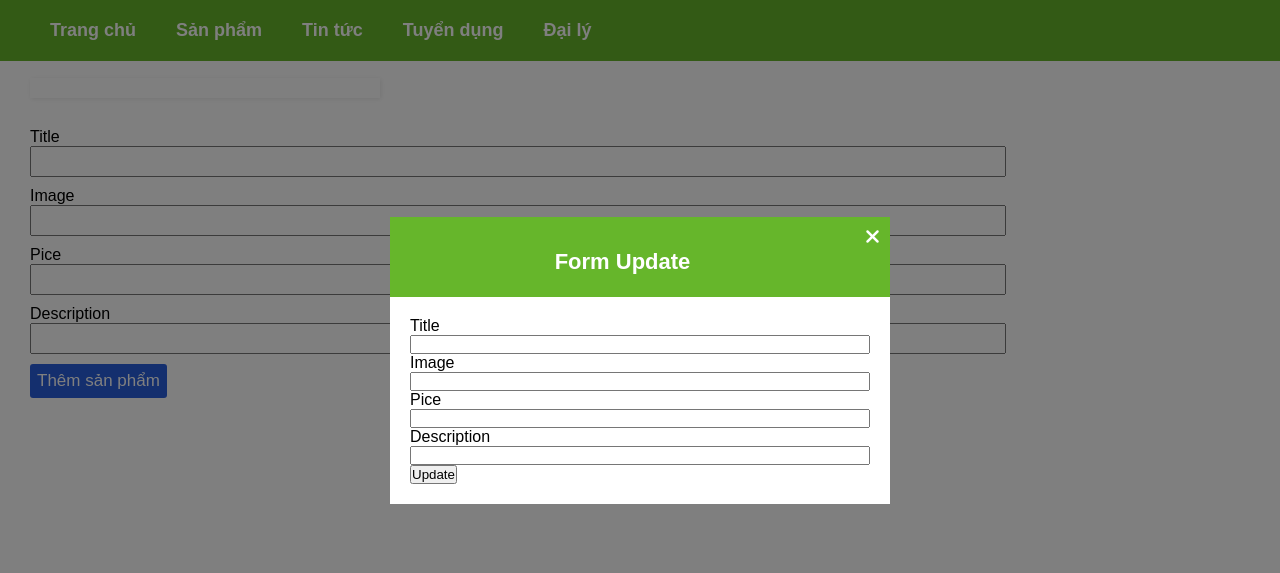
Repository: Ngoc28/CURD_HTML-CSS_JS_JSON
Page: index.html
An editor plug-in stored every save of this project. The page is shown before and after the next save, followed by the edit.
The browser window is 1280 px wide. The pictures show the whole page.
The page's requests for data from a server got no answer.

Above is the page before, as saved 2023-04-11 09:51:49.

### index.html
<!DOCTYPE html>
<html lang="en">
<head>
    <meta charset="UTF-8">
    <meta http-equiv="X-UA-Compatible" content="IE=edge">
    <meta name="viewport" content="width=device-width, initial-scale=1.0">
    <title>CURD Cơ bản</title>
    <link rel="stylesheet" href="https://cdnjs.cloudflare.com/ajax/libs/font-awesome/6.4.0/css/all.min.css" integrity="sha512-iecdLmaskl7CVkqkXNQ/ZH/XLlvWZOJyj7Yy7tcenmpD1ypASozpmT/E0iPtmFIB46ZmdtAc9eNBvH0H/ZpiBw==" crossorigin="anonymous" referrerpolicy="no-referrer" />
    <link rel="stylesheet" href="./asset/css/style.css">
</head>
<body>
    <header class="header-menu">
        <ul class="list-menu">
            <li class="item-menu"><a href="">Trang chủ</a></li>
            <li class="item-menu"><a href="">Sản phẩm</a></li>
            <li class="item-menu"><a href="">Tin tức</a></li>
            <li class="item-menu"><a href="">Tuyển dụng</a></li>
            <li class="item-menu"><a href="">Đại lý</a></li>
        </ul>
    </header>
    <div class="main">
        <div class="title-product">
            <h2 class="title">Sản phẩm của chúng tôi</h2>
        </div>
        <div class="products">
            <div class="product">
                <!-- <h3 class="product-name">Coca-Cola</h3>
                <img src="https://cdn.tgdd.vn/Products/Images/2947/190310/bhx/sua-trai-cay-nutriboost-huong-cam-297ml-202202122134380628.jpg" alt="" class="product-img">
                <spam class="product-price">18.000</spam>
                <span class="product-description">Nutriboost là thức uống dinh dưỡng kết hợp sữa và nước trái cây thơm ngon, giúp bạn luôn tràn năng lượng cho một ngày làm việc hiệu quả.</span> -->
            </div>
        </div>
    </div>
    <div class="form">
        <div class="form-1">
            <label for="">Title</label>
            <input type="text" name="title">
        </div>
        <div class="form-1">
            <label for="">Image</label>
            <input type="text" name="image">
        </div>
        <div class="form-1">
            <label for="">Pice</label>
            <input type="text" name="price">
        </div>
        <div class="form-1">
            <label for="">Description</label>
            <input type="text" name="description">
        </div>
        <button type="submit" id="create">Thêm sản phẩm</button>
    </div>

    <!-- formUpdate -->
    <div class="formUpdate">
        <div class="modal">
            <header>
                <i class="update-icon fa-solid fa-xmark"></i>
                <h1>
                    Form Update
                </h1>
            </header>
            <div class="modal-body">
                <div class="form-2">
                    <label for="">Title</label>
                    <input type="text" name="title">
                </div>
                <div class="form-2">
                    <label for="">Image</label>
                    <input type="text" name="image">
                </div>
                <div class="form-2">
                    <label for="">Pice</label>
                    <input type="text" name="price">
                </div>
                <div class="form-2">
                    <label for="">Description</label>
                    <input type="text" name="description">
                </div>
                <button type="submit" id="update">Update</button>
            </div>
        </div>
    </div>
    <script src="/script.js"></script>
</body>
</html>

### asset/css/style.css
*{
    padding: 0;
    margin: 0;
    box-sizing: border-box;
}

body {
    font-family: Arial, Helvetica, sans-serif;
}

.header-menu {
    position: fixed;
    top: 0;
    left: 0;
    right: 0;
    background-color: #66b62b;
    font-size: 18px;
    font-weight: 600;
}

.list-menu {
    display: flex;
    margin: 0 30px;
}

.item-menu {
    list-style: none;
}

.item-menu a {
    padding: 20px;
    display: block;
    text-decoration: none;
    color: #fff;
}

.item-menu a:hover {
    background-color: #ffd400;
    display: block;
}

/* Product */
.main {
    margin: 30px 30px 10px 30px;
}

.title-product {
    margin-bottom: 20px;
}


.title-product .title {
    text-align: center;
    color: #d72b27;
}

.products {
    display: flex;
    justify-content: space-between;
    flex-wrap: wrap;
}

.product {
    width: 350px;
    cursor: pointer;
    box-shadow: 1px 1px 5px   rgba(0, 0, 0, 0.09);
    margin-bottom: 20px;
    padding: 10px;
}


.product h3:hover {
    color: #d72b27;
}


.product-name {
    text-align: center;
}

.product-img {
    width: 100%;
    object-fit: cover;
}


.product .product-price:hover {
    color: #66b62b;
}

.product-price {
    color: #d72b27;
    margin: 10px 10px 6px;
    display: flex;
    justify-content: center;
    font-weight: 600;
}

.product-description {
    font-size: 15px;
    font-weight: 400;
    line-height: 20px;
    height: 40px;
    margin: 10px 10px 6px;
    overflow: hidden;
    display: block;
    display: -webkit-box;
    -webkit-box-orient: vertical;
    -webkit-line-clamp: 2;
}


.btn {
    display: flex;
    justify-content: center;
}


.delete-btn{
    margin-right: 10px;
}

.update-btn,
.delete-btn {
    padding: 8px;
    background-color: #66b62b;
    color: #fff;
    font-size: 15px;
    border: none;
    border-radius: 3px;
}

.update-btn:hover,
.delete-btn:hover {
    background-color: #336013;
}

/* Form */
.form {
    margin: 0 30px;

}

.form-1{
    margin-bottom: 10px;
}

.form-1 label {
    display: block;
    font-size: 16px;
    width: 90px;
}

.form-1 input {
    padding: 5px;
    font-size: 15px;
    width: 80%;
}

.form button {
    padding: 7px;
    background-color: #295fdd;
    color: #fff;
    font-size: 17px;
    border: none;
    border-radius: 3px;
}

.form button:hover {
    background-color: #172e62;
}

/* FormUpdate */

.formUpdate {
    position:fixed;
    top: 0;
    right: 0;
    bottom: 0;
    left: 0;
    background-color: rgba(0, 0, 0, 0.5);
    display: flex;
    align-items: center;
    justify-content: center;
}

.modal {
    background-color: #fff;
}

.modal header {
    background-color: #66b62b;
    color: #fff;
    height: 80px;
    width: 500px;
}

.modal h1 {
    line-height: 90px;
    text-align: center;
    font-size: 22px;
}

.modal .update-icon {
    float: right;
    padding: 10px;
    font-size: 20px;
    color: #fff;
}

.modal .update-icon:hover {
    color: #d72b27;
}

.modal-body {
    padding: 20px;
}

.form-2 label {
    display: block;
}

.form-2 input {
    width: 100%;
}

### script.js
let productsApi = 'http://localhost:3000/products';

function start() {
    getProducts(renderProducts);

    handleCreateForm()
}

start();

//lay ra san pham

function getProducts(callback) {

    fetch(productsApi)
    .then(function(response) {
        return response.json();
    })
    .then(callback);
}

function createProduct(data, callback) {
    var options = {
        method: 'POST',
        body: JSON.stringify(data),
        headers: {
            "Content-Type": "application/json",
            // 'Content-Type': 'application/x-www-form-urlencoded',
          }
    };
    fetch(productsApi, options)
        .then(function(response) {
            response.json();
        })
        .then(callback);

}

function handleDeleteProduct(id) {
    var options = {
        method: 'DELETE',
        headers: {
            "Content-Type": "application/json",
            // 'Content-Type': 'application/x-www-form-urlencoded',
          }
    };
    fetch(productsApi + '/' + id, options)
        .then(function(response) {
            response.json();
        })
        .then(function() {
           var productItem = document.querySelector('.product-item-' + id);
           if(productItem) {
            productItem.remove();
           }
        });
}


//show du lieu ra man hinh
function renderProducts(products) {
    var listProducts = document.querySelector('.products');

    var htmls = products.map(function(product) {
        return `
        <div class="product product-item-${product.id}">
            <h3 class="product-name">${product.title}</h3>
            <img src="${product.image}" class="product-img">
            <spam class="product-price">${product.price}đ</spam>
            <span class="product-description">${product.description}</span>
            <div class="btn">
                <button onclick="handleDeleteProduct(${product.id})" class="delete-btn">Delete</button>
                <button onclick="UpdateProduct()" class="update-btn">Update</button>
            </div>
        </div>`

    })

    listProducts.innerHTML = htmls.join('');
}

function handleCreateForm() {
    var createBtn = document.querySelector('#create');

    createBtn.onclick = function() {
        var title = document.querySelector('input[name="title"]').value;
        var image = document.querySelector('input[name="image"]').value;
        var price = document.querySelector('input[name="price"]').value;
        var description = document.querySelector('input[name="description"]').value;

        var formData = {
            title: title,
            image: image,
            price: price,
            description: description
        }

        createProduct(formData, function() {
            getProducts(renderProducts);
        });

    }
}

After the next save:
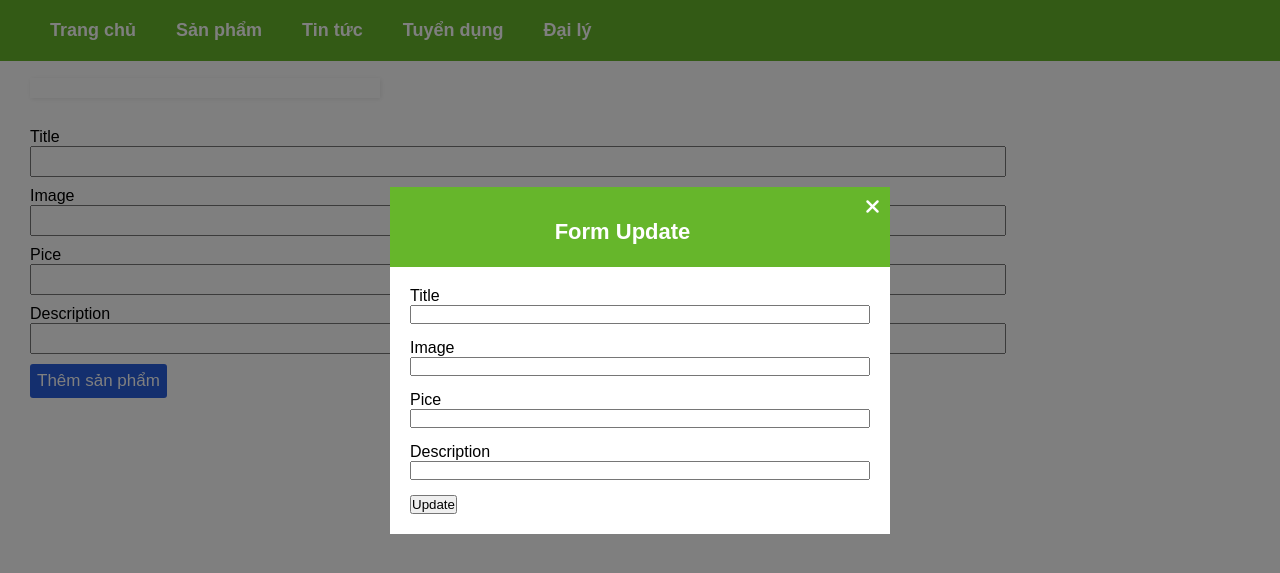
Saved 25 s later.
--- a/asset/css/style.css
+++ b/asset/css/style.css
@@ -216,6 +216,10 @@ body {
     padding: 20px;
 }
 
+.form-2 {
+    margin-bottom: 15px;
+}
+
 .form-2 label {
     display: block;
 }
